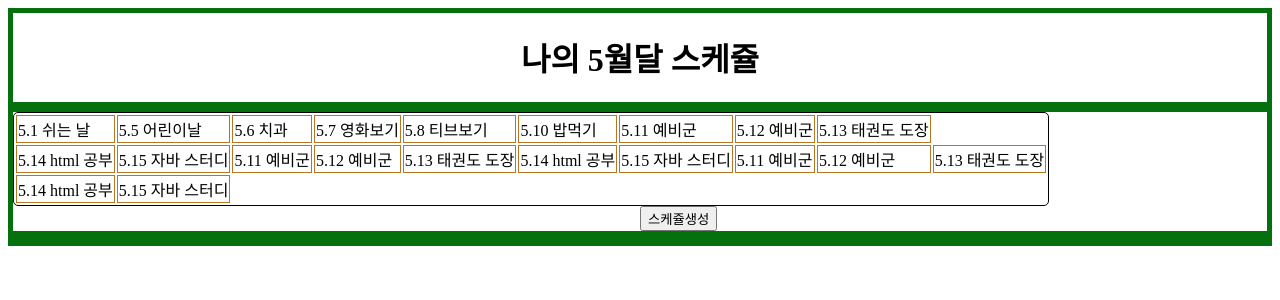
Repository: yeojeonghyeon/sixth
Page: java/ScriptWorld/WebContent/ui/Table.html
These files come from the project's save history. The page is drawn as it stood at one moment and after the next save; the edit follows.
The browser window is 1280 px wide. The pictures show the whole page.
After loading, the first visible `#createBtn` was clicked once.

Above is the page before, as saved 2019-04-25 05:58:22.

After the next save:
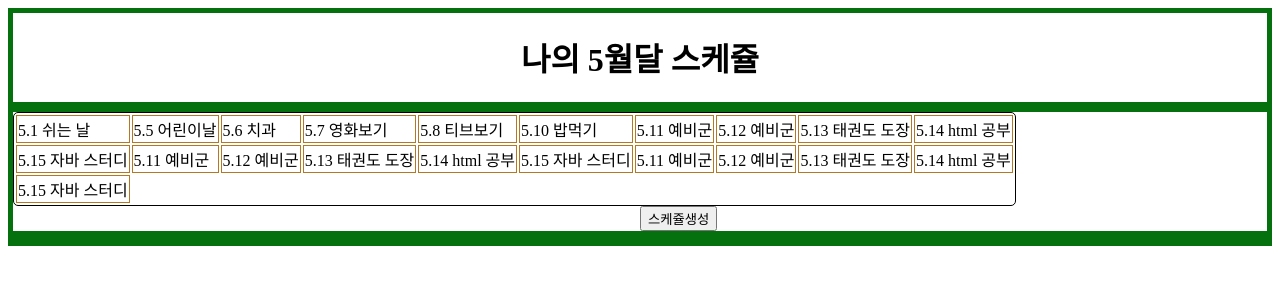
Saved 14 s later.
--- a/java/ScriptWorld/WebContent/ui/Table.html
+++ b/java/ScriptWorld/WebContent/ui/Table.html
@@ -38,12 +38,12 @@ document.addEventListener("DOMContentLoaded", function(){
 			var trArr = [];
 			var tdObj, trObj;
 			trObj = document.createElement("tr");
-			for(i=1; i<scheduleArr.length+1; i++){
+			for(i=0; i<scheduleArr.length; i++){
 				if(i!=0 && i%10==0){
 					trObj = document.createElement("tr");
 				}
 				tdObj = document.createElement("td");
-				tdObj.innerText = scheduleArr[i-1];
+				tdObj.innerText = scheduleArr[i];
 				trObj.appendChild(tdObj);
 				trArr.push(trObj);
 			}
